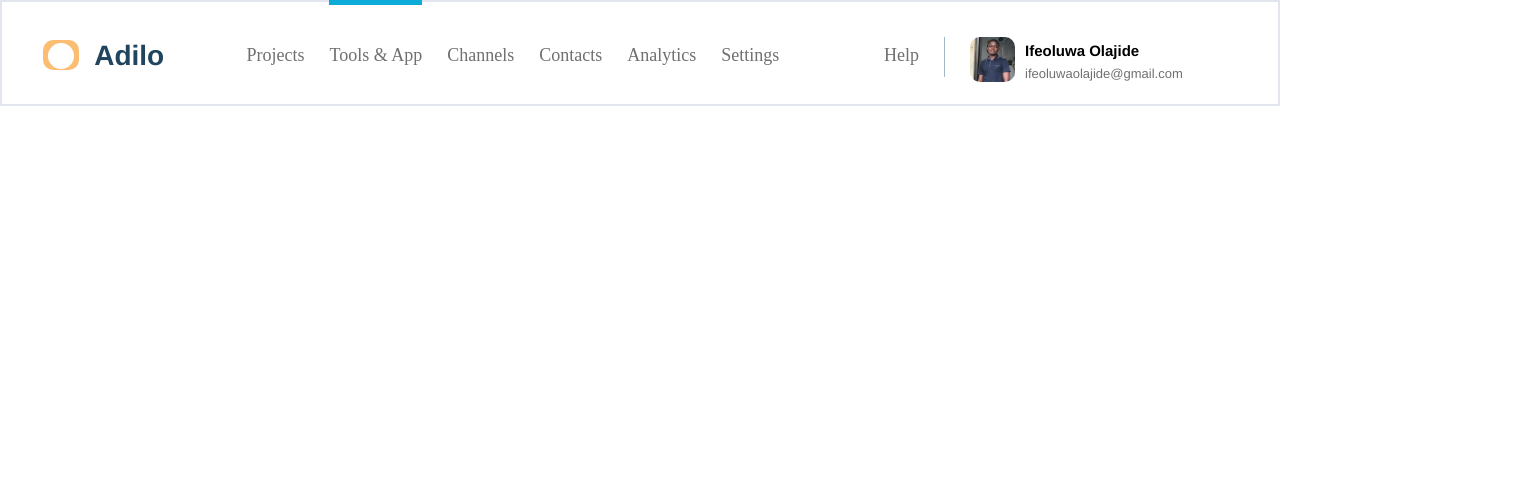
Repository: olhighjay/video_recorder
Page: /
An editor plug-in stored every save of this project. The page is shown before and after the next save, followed by the edit.
The browser window is 1280 px wide. The page is 1280 px wide, then 1538 px, so the pictures cover 1538 px, including what lies to the right of the window. The pictures show the whole page.
Some web libraries are served in a nearby version. The project was rebuilt for these pictures with package versions that can differ from the ones it lists, and the page was loaded fresh each time. Also part of the build but not shown: vue.config.js.

Above is the page before, as saved 2022-07-28 16:48:50.

### public/index.html
<!DOCTYPE html>
<html lang="">
  <head>
    <meta charset="utf-8">
    <meta http-equiv="X-UA-Compatible" content="IE=edge">
    <meta name="viewport" content="width=device-width,initial-scale=1.0">
    <link rel="icon" href="<%= BASE_URL %>favicon.ico">
    <title><%= htmlWebpackPlugin.options.title %></title>
    <link rel="stylesheet" href="https://cdn.jsdelivr.net/npm/bootstrap@4.0.0/dist/css/bootstrap.min.css" integrity="sha384-Gn5384xqQ1aoWXA+058RXPxPg6fy4IWvTNh0E263XmFcJlSAwiGgFAW/dAiS6JXm" crossorigin="anonymous">
  </head>
  <body>
    <noscript>
      <strong>We're sorry but <%= htmlWebpackPlugin.options.title %> doesn't work properly without JavaScript enabled. Please enable it to continue.</strong>
    </noscript>
    <div id="app"></div>
    <!-- built files will be auto injected -->


    <script src="https://code.jquery.com/jquery-3.2.1.slim.min.js" integrity="sha384-KJ3o2DKtIkvYIK3UENzmM7KCkRr/rE9/Qpg6aAZGJwFDMVNA/GpGFF93hXpG5KkN" crossorigin="anonymous"></script>
<script src="https://cdn.jsdelivr.net/npm/popper.js@1.12.9/dist/umd/popper.min.js" integrity="sha384-ApNbgh9B+Y1QKtv3Rn7W3mgPxhU9K/ScQsAP7hUibX39j7fakFPskvXusvfa0b4Q" crossorigin="anonymous"></script>
<script src="https://cdn.jsdelivr.net/npm/bootstrap@4.0.0/dist/js/bootstrap.min.js" integrity="sha384-JZR6Spejh4U02d8jOt6vLEHfe/JQGiRRSQQxSfFWpi1MquVdAyjUar5+76PVCmYl" crossorigin="anonymous"></script>
  </body>
</html>

### src/App.vue
<template>
  <!-- <img alt="Vue logo" src="./assets/logo.png"> -->
  <div>
    <nav class="">
      <div class="nav-logo-area">
        <div class="nav-logo-area-inner">
          <div class="white-logo-wrap">
            <span class="white-logo-bkg">
            <img alt="Adilo logo" src="./assets/swarm.png">
            </span>
          </div>
          <div class="adilo">Adilo</div>
        </div>
      </div>
      <div class="nav-tab">
        <ul class="my-nav-list">
          <li><a>Projects</a></li>
          <li class="active-nav-item"> <a>Tools & App</a></li>
          <li><a>Channels</a></li>
          <li><a>Contacts</a></li>
          <li><a>Analytics</a></li>
          <li><a>Settings</a></li>
        </ul>
      </div>
      <div class="nav-profile">
        <ul class="my-nav-list">
          <li><a>Help</a></li>
        </ul>
        <div class="profile-info">
          <div class="profile-border"></div>
          <div >
            <img alt="Adilo logo" src="./assets/profile.jpg" style="width:45px; height: 45px; border-radius:10px">
          </div>
          <div style="margin-left:10px">
            <span style="font-weight:bold; font-size:15px; color:black">Ifeoluwa Olajide </span>
            <p style="font-size:13px">ifeoluwaolajide@gmail.com</p>
          </div>
        </div>
      </div>
    </nav>
  </div>
</template>

<script>
// import HelloWorld from './components/HelloWorld.vue'

export default {
  name: 'App',
  components: {
    // HelloWorld
  }
}
</script>

<style>
  nav {
    display: flex;
    /* height: 69px; */
    padding: 0 0.032%;
  }

  .nav-logo-area {
    flex: 0 0 16%;
    padding-left: 3.2%;
    padding-top: 19px;
    padding-bottom: 27px;
  }
  .nav-logo-area-inner {
    display: flex;
  }
  .nav-tab {
    flex: 0 0 50%;
  }
  .nav-profile {
    flex: 0 0 34%;
    display: flex;
  }
  .my-nav-list {
    list-style: none;
    padding-top: 40px;
  }
  .my-nav-list>li {
    display: inline;
    margin-right: 25px;
    padding-top: 40px;
  }
  .my-nav-list>li>a {
    text-align: left;
    font: normal normal normal 18px/27px Poppins;
    letter-spacing: 0px;
    color: #707070;
    opacity: 1
  }
  .white-logo-wrap {
    padding-top:21px;
  }
  .white-logo-bkg {
    background-color:#FBBD71;
    padding:5px;
    border-radius:10px;
  }
  .adilo {
    font-size:28px;
    margin-left:15px;
    font-weight:bold;
    color:#21455E;
    padding-top:14px;
  }
  .profile-info {
    padding-top:35px;
    display:flex;
  }
  .active-nav-item {
    border-top: 6px solid #0DABD8;
  }
  .profile-border {
    border-left: 1px solid #A3BAC6;
    padding-left:25px;
    height:40px;
  }




#app {
  font-family: Avenir, Helvetica, Arial, sans-serif;
  -webkit-font-smoothing: antialiased;
  -moz-osx-font-smoothing: grayscale;
   /* text-align: center; */
   font-size: 18px;
  color: #707070;
  border: solid 2px #E2E5ED;
  width: 100vw;
  /* margin-top: 60px;  */
}
</style>

Loaded but not shown: src/main.js (common file)

After the next save:
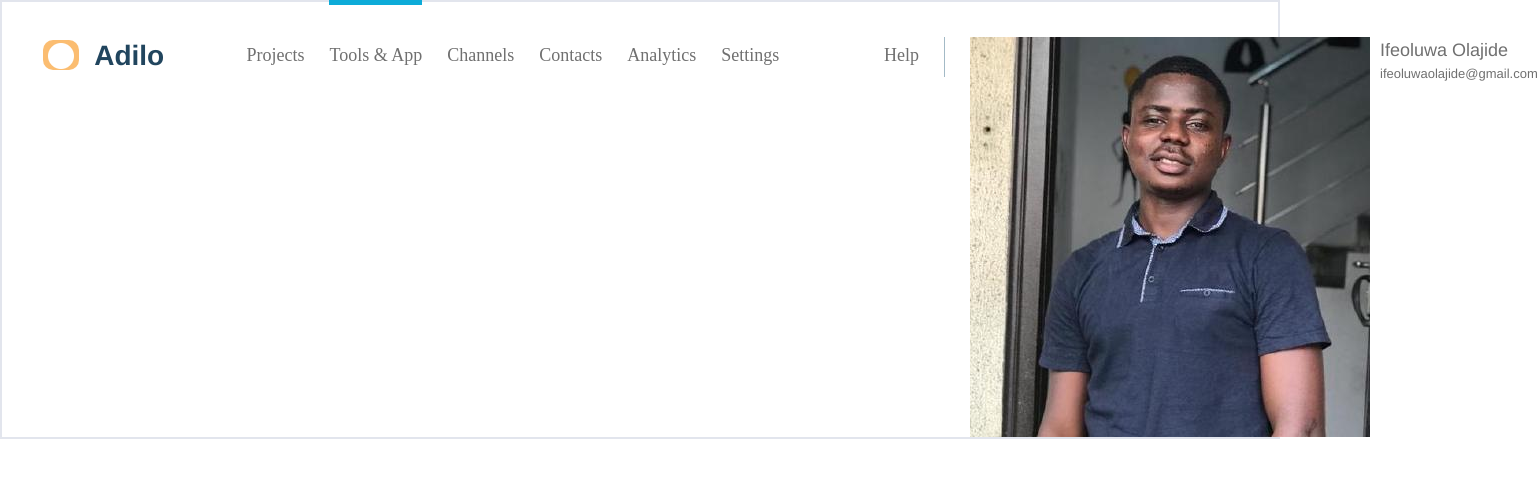
Saved 2 min 22 s later.
--- a/src/App.vue
+++ b/src/App.vue
@@ -29,10 +29,10 @@
         <div class="profile-info">
           <div class="profile-border"></div>
           <div >
-            <img alt="Adilo logo" src="./assets/profile.jpg" style="width:45px; height: 45px; border-radius:10px">
+            <img alt="Profile Image" src="./assets/profile.jpg" class="profilr-img">
           </div>
           <div style="margin-left:10px">
-            <span style="font-weight:bold; font-size:15px; color:black">Ifeoluwa Olajide </span>
+            <span class="profile-name">Ifeoluwa Olajide </span>
             <p style="font-size:13px">ifeoluwaolajide@gmail.com</p>
           </div>
         </div>
@@ -118,7 +118,10 @@
     padding-left:25px;
     height:40px;
   }
-
+  .profile-img {
+    width:45px; height: 45px;
+    border-radius:10px;
+  }
 
 
 
